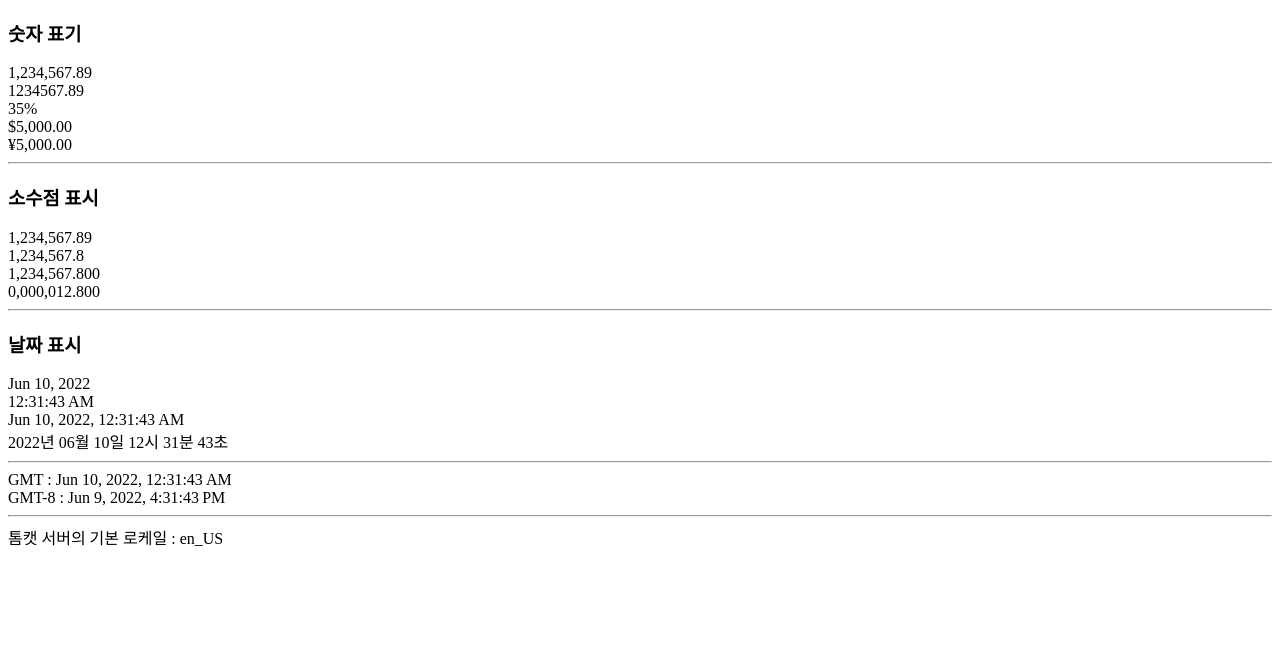
Repository: YooMyeongSeon/JSP_Servlet_Study
Page: http://localhost/web07/Ex_21.jsp
The author's editor kept a copy of each file at every save. The page is drawn from the files as they stood at one save, then again after the next save.
The browser window is 1280 px wide. The pictures show the whole page.
The page is served by Tomcat 9.

Above is the page before, as saved 2022-06-10 07:44:24.

After the next save:
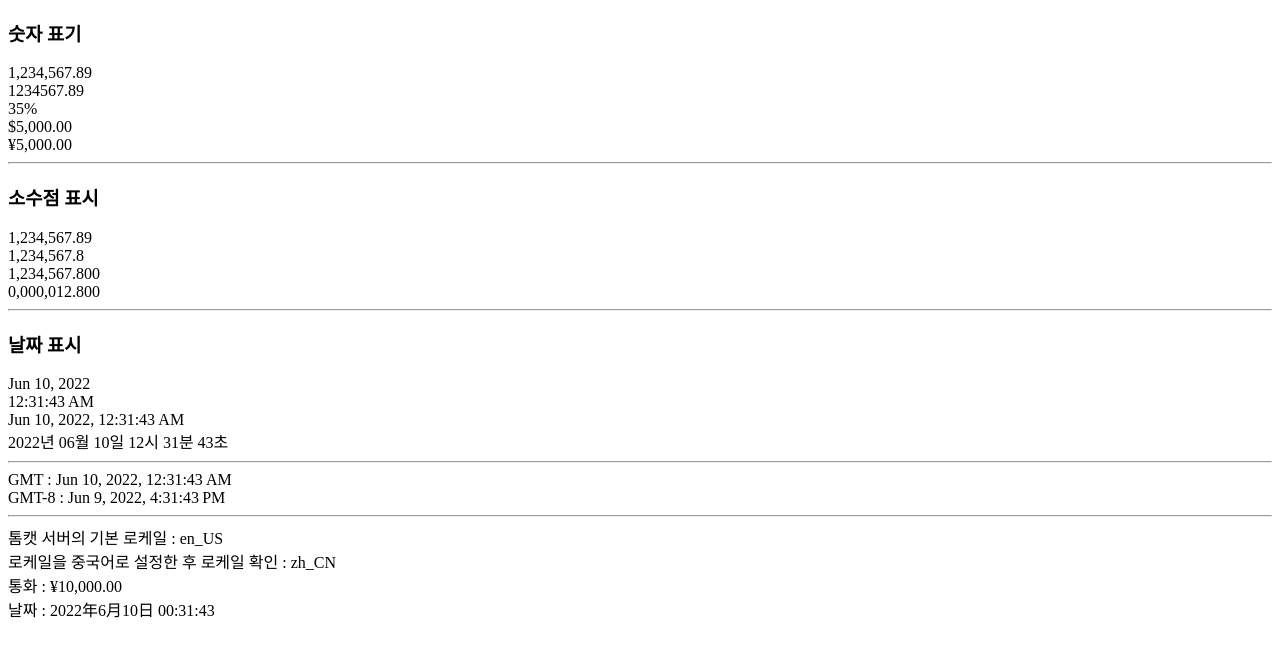
Saved 5 min 15 s later.
--- a/web07/WebContent/Ex_21.jsp
+++ b/web07/WebContent/Ex_21.jsp
@@ -37,6 +37,10 @@
 		GMT-8 : <fmt:formatDate value="${now}" type="both"/><br>
 	</fmt:timeZone>
 	<hr>
-	톰캣 서버의 기본 로케일 : <%= response.getLocale() %>
+	톰캣 서버의 기본 로케일 : <%= response.getLocale() %><br>
+	<fmt:setLocale value="zh_CN"/>
+	로케일을 중국어로 설정한 후 로케일 확인 : <%= response.getLocale() %><br>
+	통화 : <fmt:formatNumber value="10000" type="currency"/><br>
+	날짜 : <fmt:formatDate value="${now}" type="both"/><br>
 </body>
 </html>
